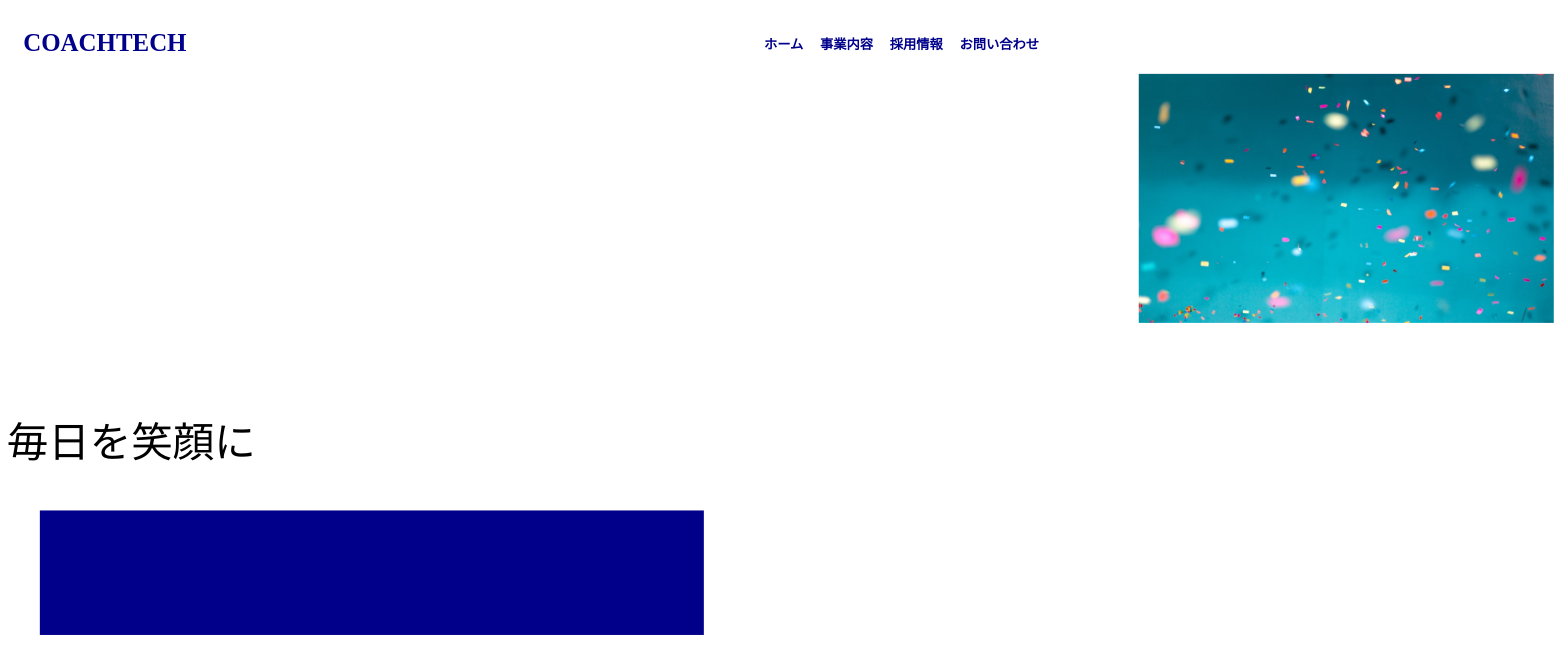
Repository: moro-ayu3/20230213_morohoshi
Page: index.html
The author's editor kept a copy of each file at every save. The page is drawn from the files as they stood at one save, then again after a run of saves.
The browser window is 1280 px wide. The page is 1872 px wide, so the pictures cover 1872 px, including what lies to the right of the window. The pictures show the whole page, at 83% of full size.

Above is the page before, as saved 2023-02-14 21:28:50.

After the next 2 saves:
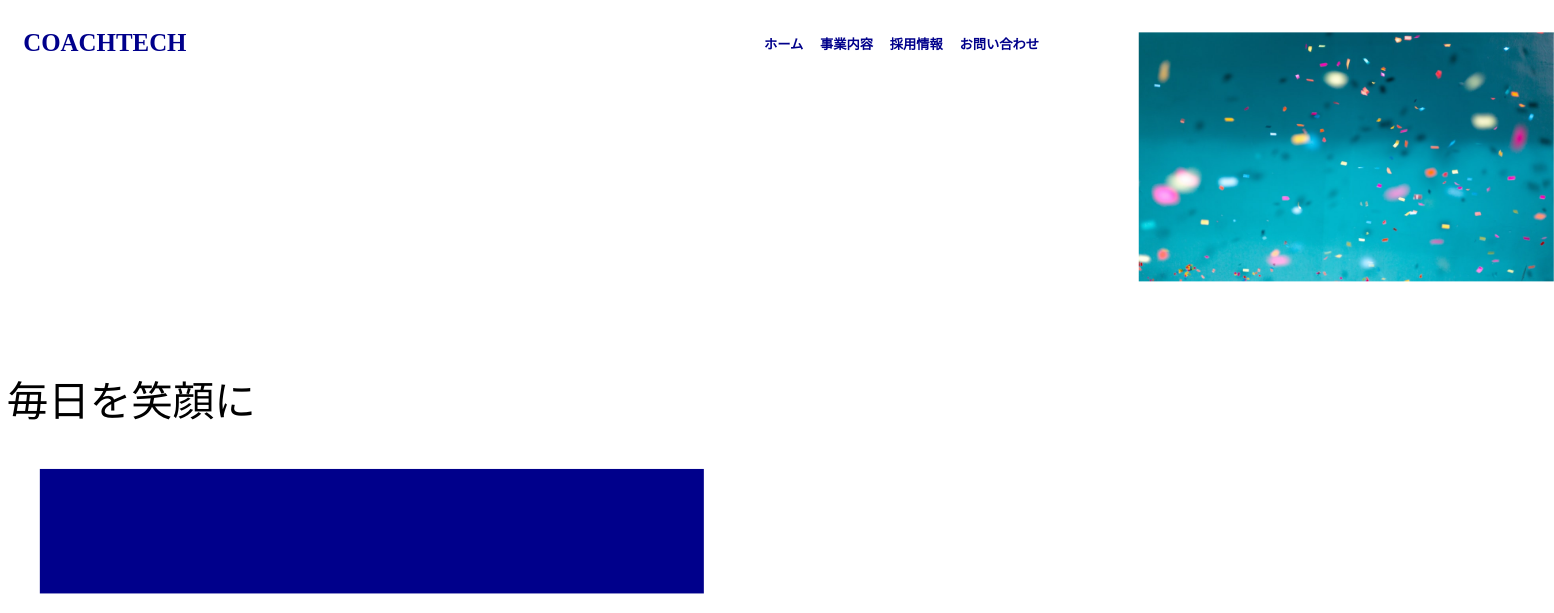
The 2 saves are shown as one change because they came seconds apart.
The last was saved 5 s later.
--- a/style.css
+++ b/style.css
@@ -26,7 +26,7 @@
 }
 
 .relative-img {
-
+  wid
   margin-top: 50px;
   position: relative;
   bottom: 50px;

After the save that followed:
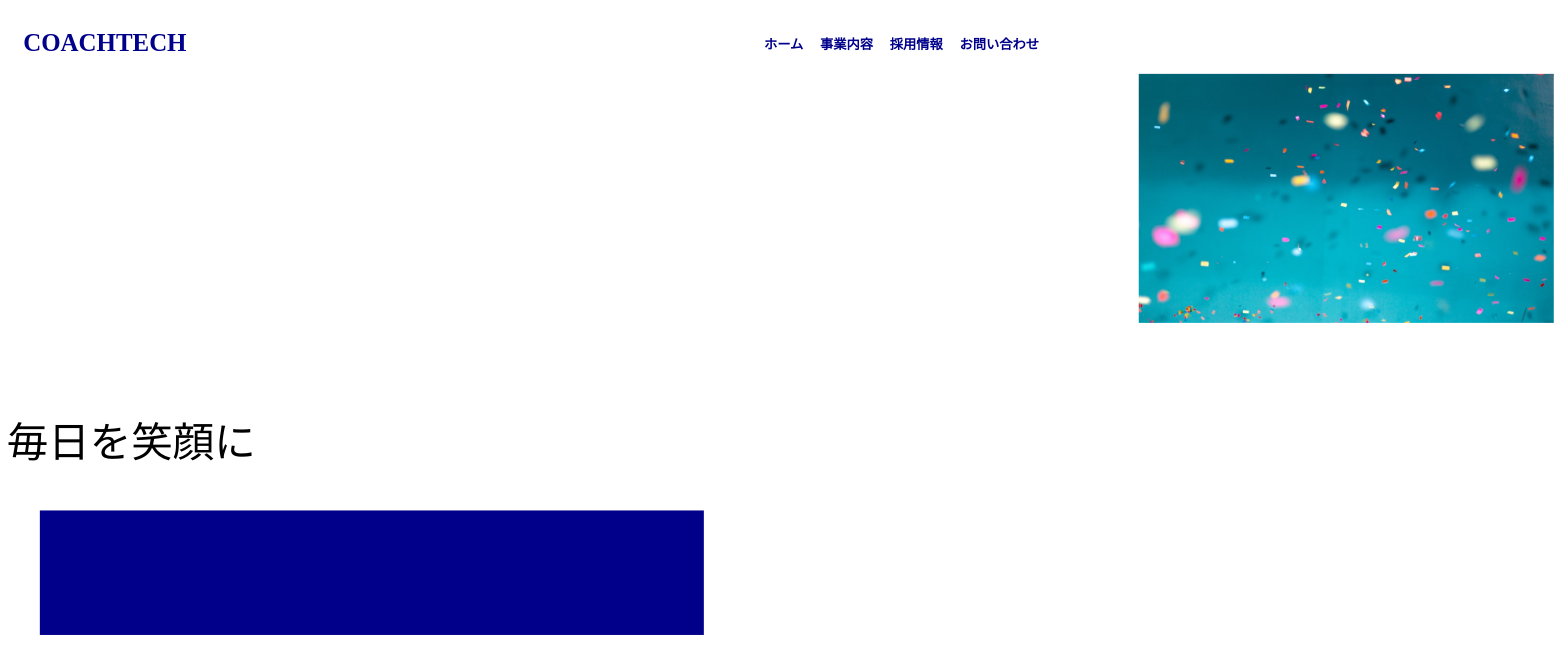
Saved 5 s later.
--- a/style.css
+++ b/style.css
@@ -26,7 +26,6 @@
 }
 
 .relative-img {
-  wid
   margin-top: 50px;
   position: relative;
   bottom: 50px;
